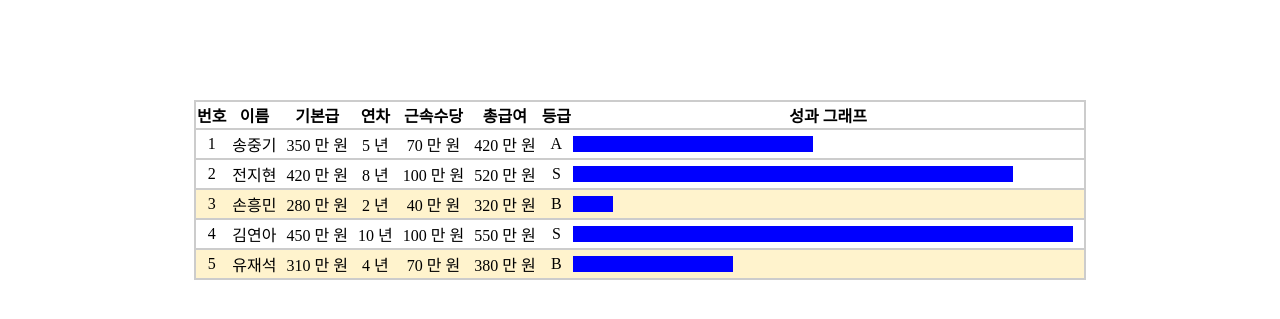
Repository: kkw3202/Jsp2026
Page: http://localhost/chapter01/exsample_salary.jsp
These files come from the project's save history. The page is drawn as it stood at one moment and after a run of saves; the edit follows.
The browser window is 1280 px wide. The pictures show the whole page.
The page is served by Tomcat 9.

Above is the page before, as saved 2026-10-16 07:46:01.

After the next 2 saves:
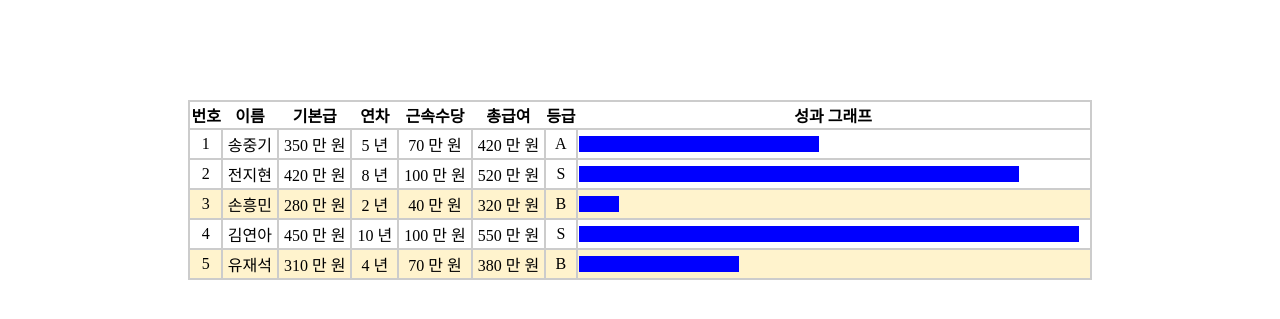
The 2 saves are shown as one change because they came seconds apart.
The last was saved 34 s later.
--- a/chapter01/src/main/webapp/exsample_salary.jsp
+++ b/chapter01/src/main/webapp/exsample_salary.jsp
@@ -5,6 +5,11 @@
 <head>
 <meta charset="UTF-8">
 <title>Insert title here</title>
+<style type="text/css">
+	td{
+		border: 2px solid #ccc;
+	}
+</style>
 </head>
 <body>
 	<table style="margin: 100px auto; border-collapse: collapse; border: 2px solid #ccc">
@@ -47,7 +52,7 @@
 					int bonus = getBonus(years[i]);
 					int totalPay = getTotalPay(basePays[i], bonus);
 			%>
-			<tr style='border: 2px solid #ccc; background-color: <%= totalPay < 400 ? "#fff3cd" : "" %>' >
+			<tr style='background-color: <%= totalPay < 400 ? "#fff3cd" : "" %>' >
 				<td style="padding: 2px 5px; text-align: center;"><%= i+1 %></td>
 				<td style="padding: 2px 5px; text-align: center;"><%= names[i] %></td>
 				<td style="padding: 2px 5px; text-align: center;"><%= basePays[i]%> 만 원</td>
